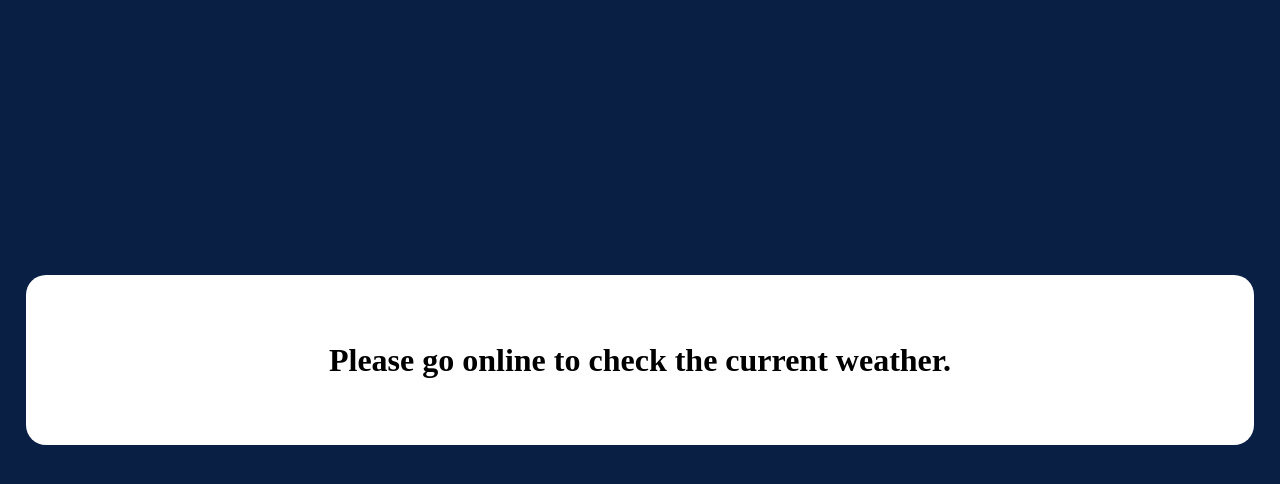
Repository: blue-hazelnut/123
Page: public/offline.html
These files come from the project's save history. The page is drawn as it stood at one moment and after the next save; the edit follows.
The browser window is 1280 px wide. The pictures show the whole page.

Above is the page before, as saved 2022-02-24 19:00:01.

After the next save:
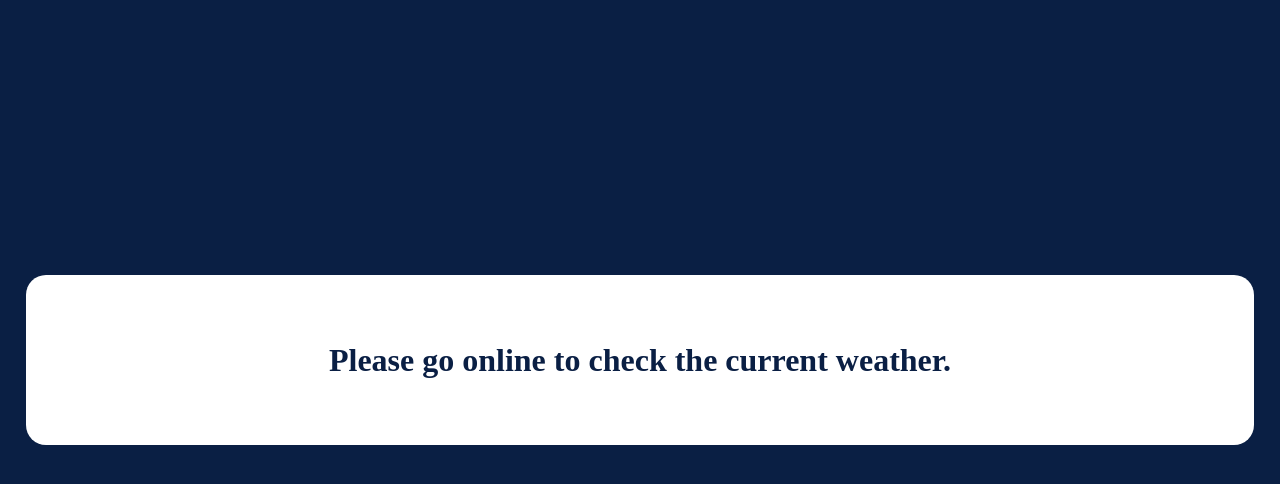
Saved 48 s later.
--- a/public/offline.html
+++ b/public/offline.html
@@ -27,6 +27,7 @@
         padding: 40px 8%;
         border-radius: 20px;
         background: #fff;
+        color: #0a1f44;
       }
 
       .city-name {
